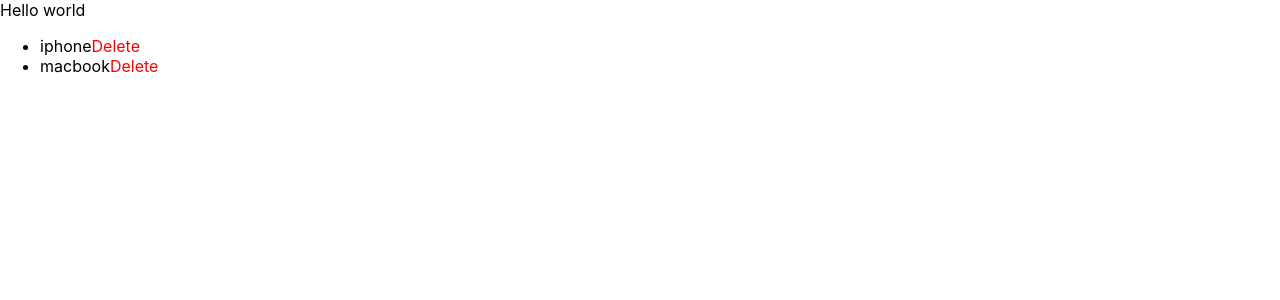
Repository: truongnguyen0868795985/react-simple-demo
Page: /
The author's editor kept a copy of each file at every save. The page is drawn from the files as they stood at one save, then again after the next save.
The browser window is 1280 px wide. The pictures show the whole page.
The project was rebuilt for these pictures with package versions that can differ from the ones it lists, and the page was loaded fresh each time. Also part of the build but not shown: src/App.css.

Above is the page before, as saved 2022-04-18 15:42:34.

After the next save:
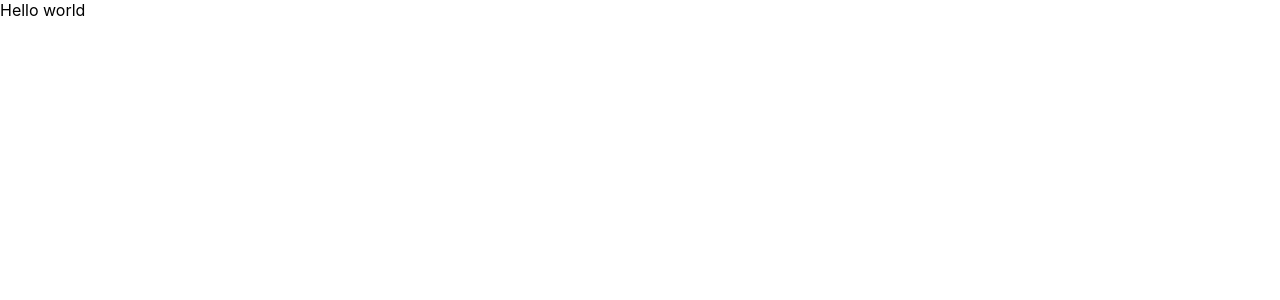
Saved 6 s later.
--- a/src/App.jsx
+++ b/src/App.jsx
@@ -9,10 +9,10 @@
   ]);
 
   const handleOnDeleteButtonClick = (name) => {
-    // const newProductList = productList.filter(
-    //   (product) => product.name !== name
-    // );
-    // setProductList(newProductList);
+    const newProductList = productList.filter(
+      (product) => product.name !== name
+    );
+    setProductList(newProductList);
   };
 
   return (

After the 2 saves that followed:
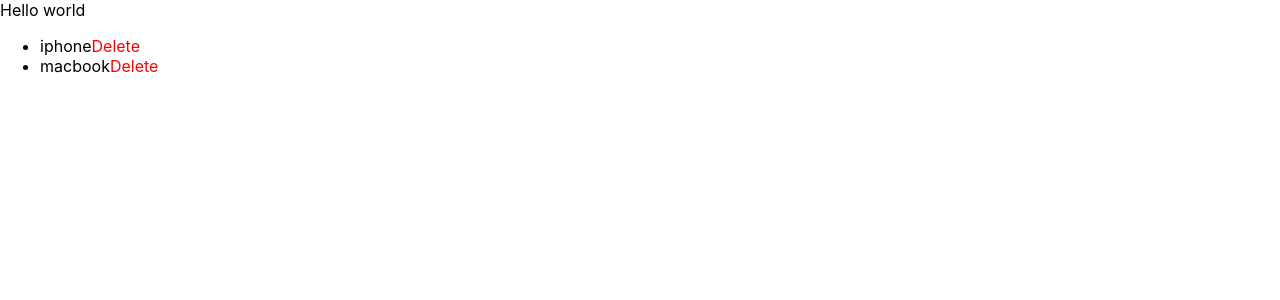
The 2 saves are shown as one change because 1 left the picture as it was.
The last was saved 65 s later.
--- a/src/App.jsx
+++ b/src/App.jsx
@@ -9,6 +9,7 @@
   ]);
 
   const handleOnDeleteButtonClick = (name) => {
+    console.log("on click");
     const newProductList = productList.filter(
       (product) => product.name !== name
     );
@@ -24,7 +25,7 @@
           <li key={product.id}>
             {product.name}
             <span
-              onClick={handleOnDeleteButtonClick(product.name)}
+              onClick={() => handleOnDeleteButtonClick(product.name)}
               style={{ color: "red", cursor: "pointer" }}
             >
               Delete
